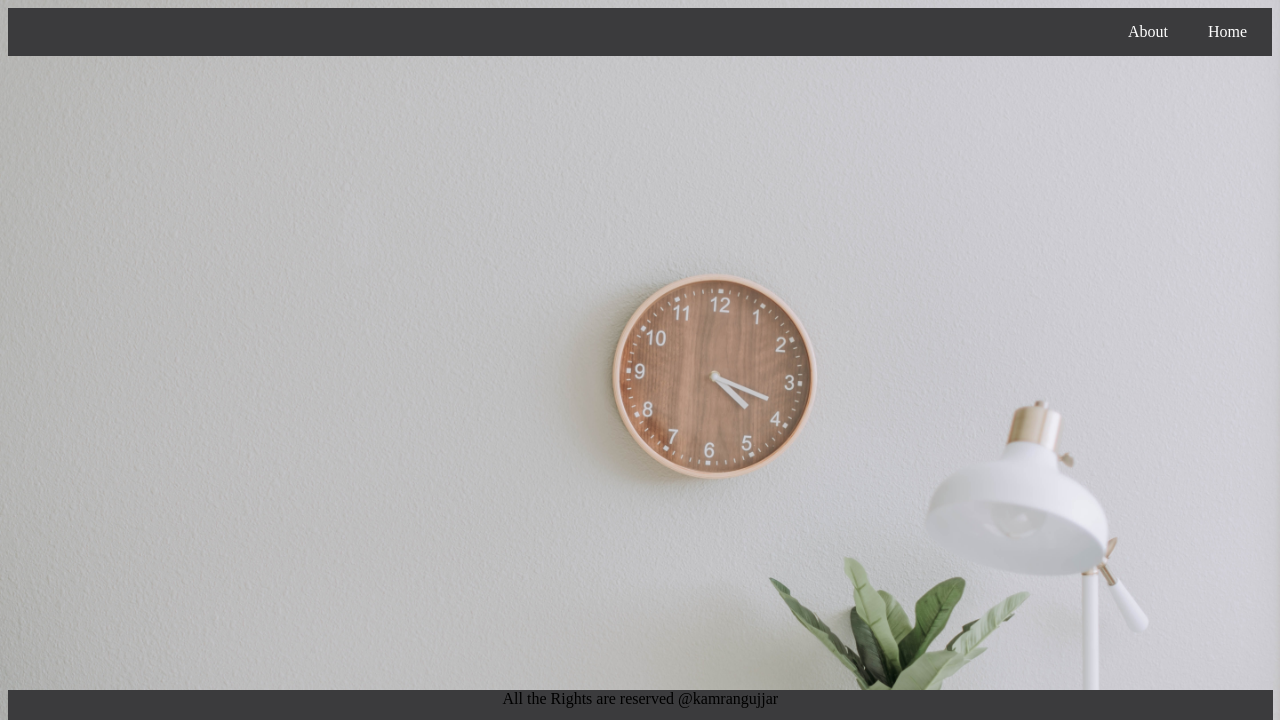
Repository: Kamrangujjar85112/Length-Converter
Page: html/m_cm.html
These files come from the project's save history. The page is drawn as it stood at one moment and after the next save; the edit follows.
The browser window is 1280 px wide. The pictures show the whole page.

Above is the page before, as saved 2022-01-21 09:22:20.

### html/m_cm.html
<!-- meters to centimeters -->
<!DOCTYPE html>
<html lang="en">
<head>
    <meta charset="UTF-8">
    <meta http-equiv="X-UA-Compatible" content="IE=edge">
    <meta name="viewport" content="width=device-width, initial-scale=1.0">
    <title>Meters to CM</title>
    <link rel="stylesheet" href="../css/style.css">
</head>
<body>
    <div class="container ">
        <div class="header">
            <nav>
                <ul class="nav-ul">
                    <li class="nav-li"><a href="home.html">Home</a></li>
                    <li class="nav-li"><a href="about.html">About</a></li>
                </ul>
            </nav>
        </div>
            <footer class="footer">
                <span>All the Rights are reserved @kamrangujjar</span>
              </footer>
    </div>
</body>
</html>

### css/style.css
  body{
    background-image: url('backg.jpg');
    background-repeat: no-repeat;
    background-attachment: fixed;
    background-size: cover;
}
.header{
    top: 0;
    width: 100%;
    margin: 0;
    position: relative;

}
.nav-ul{
    list-style-type: none;
    margin: 0;
    overflow: hidden;
    background: rgb(59, 59, 61);
  }

.nav-li {
    padding-right: 10px;
    float: right;
    align-items: inherit;
}

.nav-li a {
    display: block;
    color: rgb(255, 255, 255);
    text-align:center;
    padding: 15px 15px;
    text-decoration: none;
}
.link {
    list-style: none;
    text-align: left;
    align-items: left;
    margin: 10px;
    width: 300px;
}
.nav-li a:hover {
    background-color: #0ac577;
}
footer{
    bottom: 0;
    width: 98.8%;
    position: fixed;
    height: 30px;
    text-align: center;
    background: rgb(59, 59, 61);
}
button{
    width: 100%;
    height:40px;
    color: ivory;
    background-color: #141312;
    margin:13px;
    box-shadow: 0 12px 16px 0 rgba(0,0,0,0.24), 0 17px 50px 0 rgba(0,0,0,0.19);
}
#convert{
    width: 100px;
    height:40px;
    color: ivory;
    background-color: #141312;
    margin:13px;
    box-shadow: 0 12px 16px 0 rgba(0,0,0,0.24), 0 17px 50px 0 rgba(0,0,0,0.19);
}
#reset{
    width: 100px;
    height:40px;
    color: ivory;
    background-color: #141312;
    margin:13px;
    box-shadow: 0 12px 16px 0 rgba(0,0,0,0.24), 0 17px 50px 0 rgba(0,0,0,0.19);
}
.box{
    margin: 50px;
    align-content: left;
    border-color:navy;
}

After the next save:
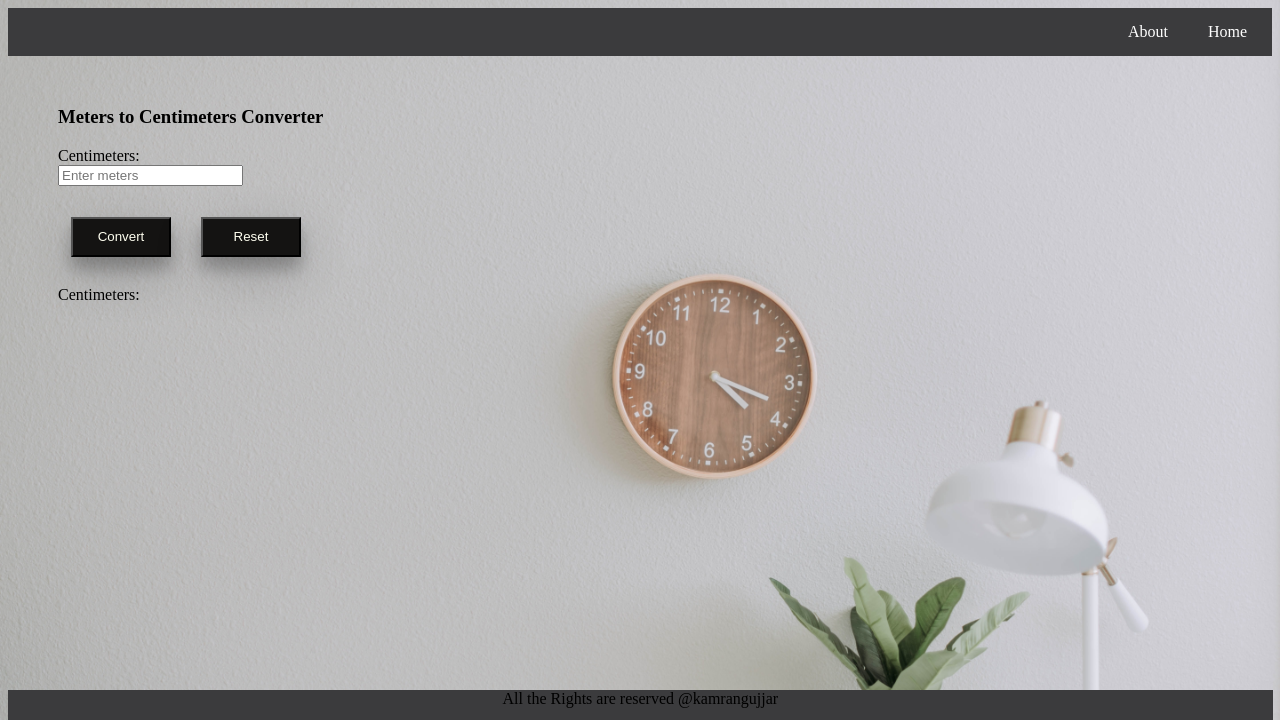
Saved 2 min 51 s later.
--- a/html/m_cm.html
+++ b/html/m_cm.html
@@ -18,6 +18,16 @@
                 </ul>
             </nav>
         </div>
+        <div class="box">
+            <h3>Meters to Centimeters Converter</h3>
+
+            <label>Centimeters:</label><br>
+            <input type="number" id="metersToCentimeters" placeholder="Enter meters" value=""><br><br>
+            <button id="convert">Convert</button>
+            <input type="reset" value="Reset" id="reset"><br>
+            <p>Centimeters: <span id="mToCm"></span></p>
+
+    </div>
             <footer class="footer">
                 <span>All the Rights are reserved @kamrangujjar</span>
               </footer>
